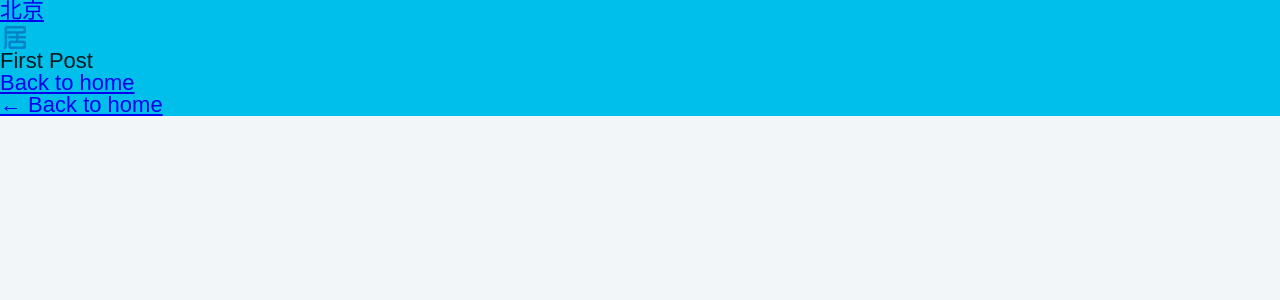
Repository: happy760690/nextjs-react
Page: /posts/first-post
These files come from the project's save history. The page is drawn as it stood at one moment and after the next save; the edit follows.
The browser window is 1280 px wide. The pictures show the whole page.
The project was rebuilt for these pictures with package versions that can differ from the ones it lists, and the page was loaded fresh each time. The framework's server and built-in components were replaced by stand-ins that run in the browser. Also part of the build but not shown: next.config.js, styles/utils.module.css.

Above is the page before, as saved 2021-07-09 17:04:26.

After the next save:
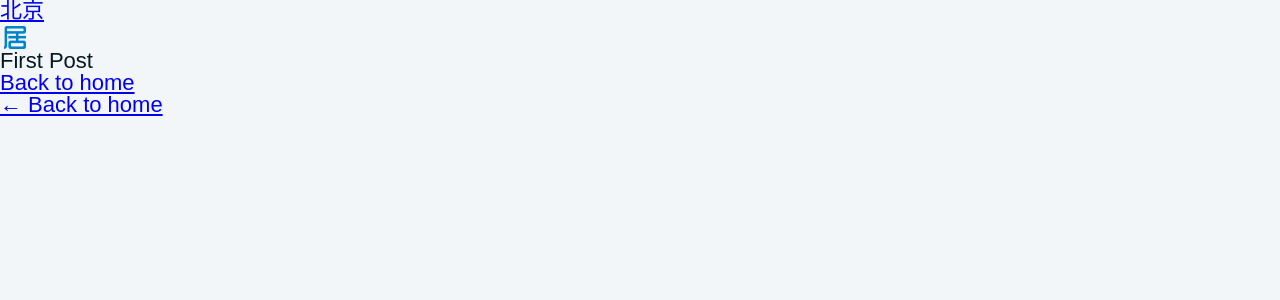
Saved 6 min 19 s later.
--- a/components/layout.module.scss
+++ b/components/layout.module.scss
@@ -3,5 +3,5 @@
   // padding: 0 1rem;
   // margin: 3rem auto 6rem;
   font-size: $font-size-large-x;
-  background: $color-theme;
+  background: $color-background;
 }
